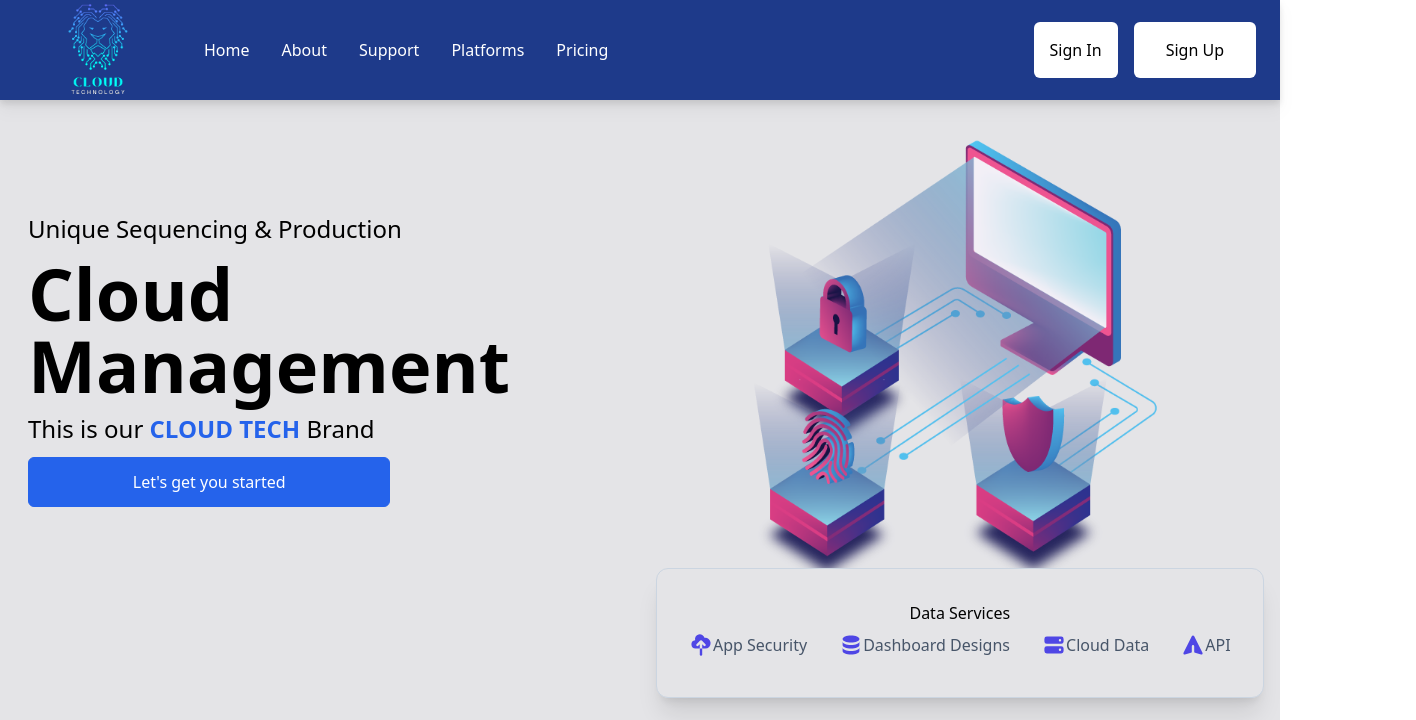
Repository: Esther-Kamau/cloud-management
Page: /
The author's editor kept a copy of each file at every save. The page is drawn from the files as they stood at one save, then again after the next save.
The browser window is 1280 px wide. The page is 1280 px wide, then 1416 px, so the pictures cover 1416 px, including what lies to the right of the window. The pictures show the whole page.
The project was rebuilt for these pictures with package versions that can differ from the ones it lists, and the page was loaded fresh each time. A package was used in the major version that the imports need, not the one package.json lists.

Above is the page before, as saved 2023-03-16 18:20:19.

After the next save:
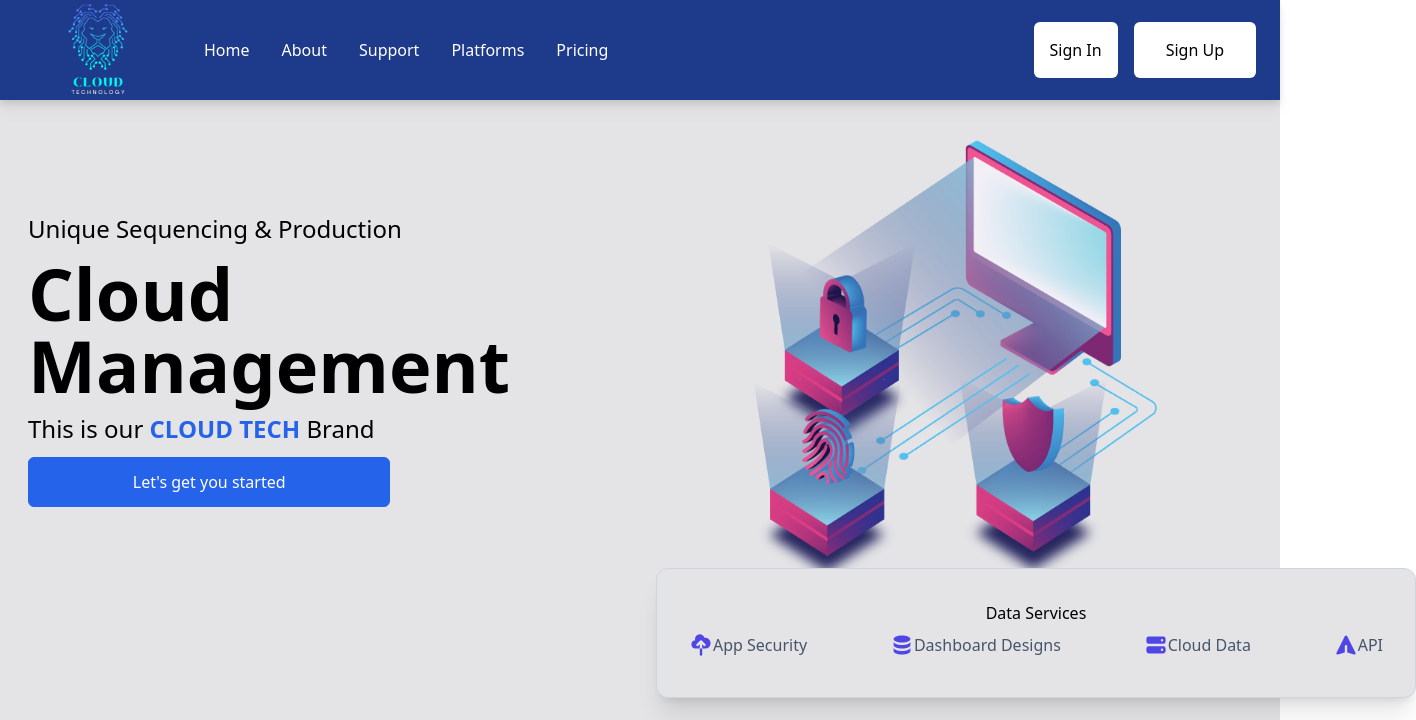
Saved 5 s later.
--- a/src/components/Hero.jsx
+++ b/src/components/Hero.jsx
@@ -30,7 +30,7 @@ const Hero = () => {
         </div>
         {/* check on this later: absolute position */}
         <div
-          className="absolute flex flex-col py-8 md:min-w-[0px] bottom-[3%] mx-4 md:left-1/2 bg-zinc-200
+          className="absolute flex flex-col py-8 md:min-w-[760px] bottom-[3%] mx-4 md:left-1/2 bg-zinc-200
                  border border-slate-300 rounded-xl text-center shadow-xl"
         >
           <p>Data Services</p>
